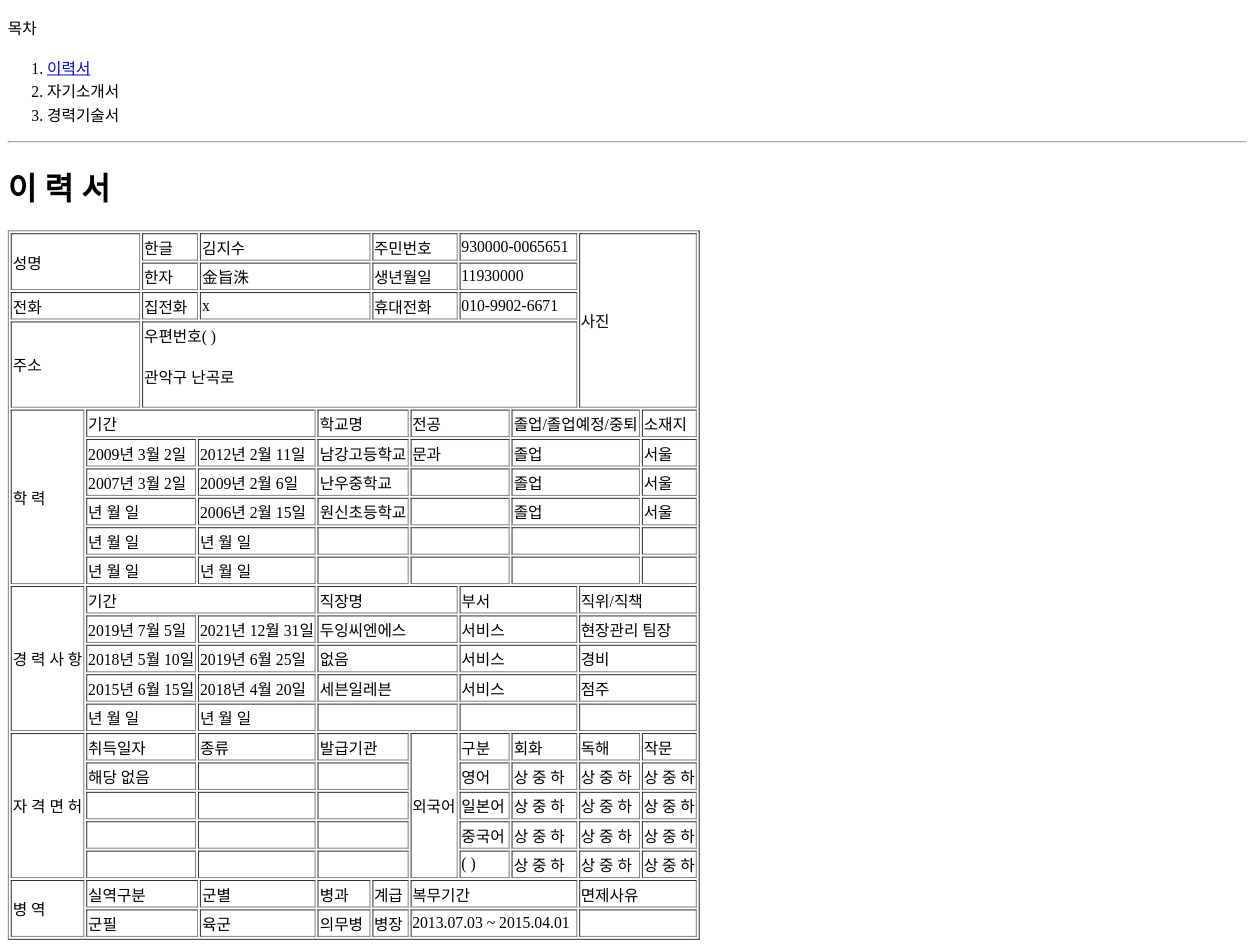
Repository: jeemaru/htme_01
Page: html_01/hw01/ex_01.html
An editor plug-in stored every save of this project. The page is shown before and after the next save, followed by the edit.
The browser window is 1280 px wide. The pictures show the whole page, at 98% of full size.

Above is the page before, as saved 2022-04-01 09:44:14.

After the next save:
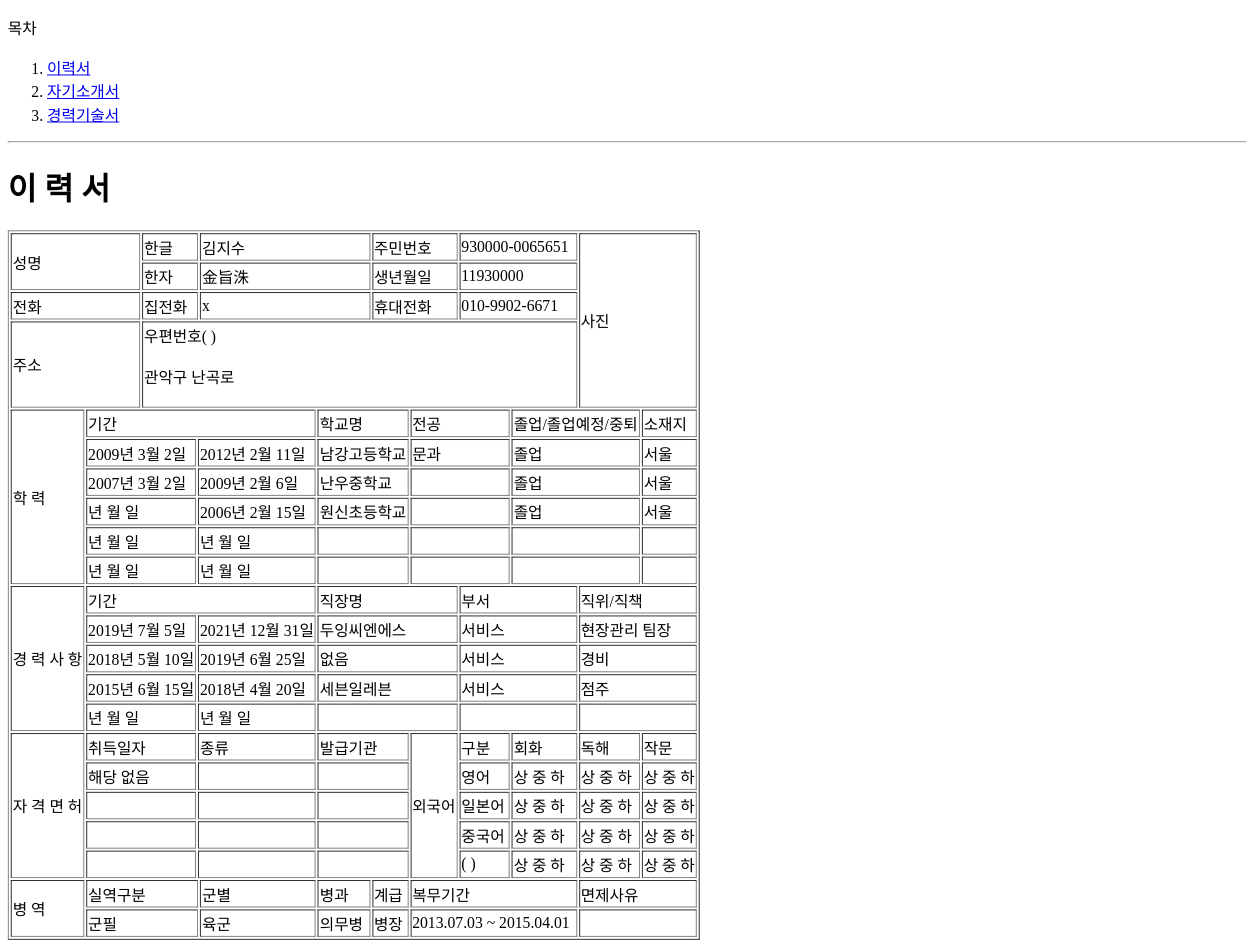
Saved 50 s later.
--- a/html_01/hw01/ex_01.html
+++ b/html_01/hw01/ex_01.html
@@ -11,8 +11,8 @@
 		<p>목차</p>
 		<ol>
 			<li><a href=./ex_01.html target="blank">이력서</a></li>
-			<li>자기소개서</li>
-			<li>경력기술서</li>
+			<li><a href=./ex_02.html target="blank">자기소개서</a></li>
+			<li><a href=./ex_03.html target="blank">경력기술서</a></li>
 		</ol>
 	<hr>
 	<p>
